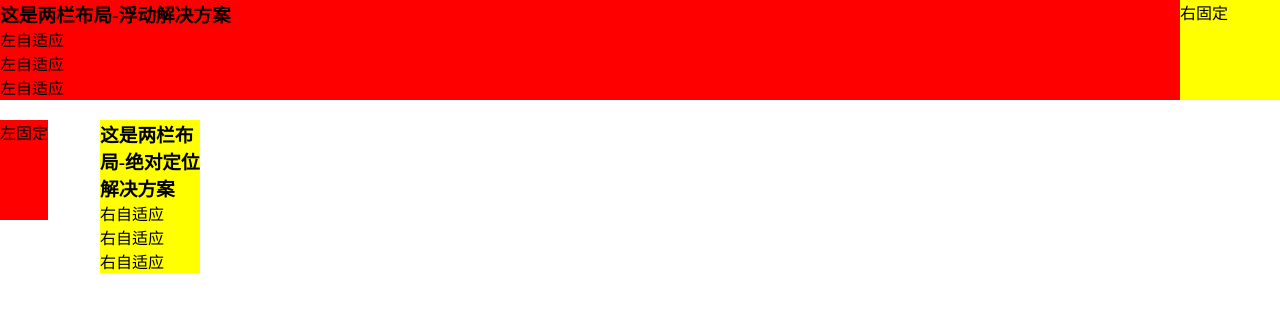
Repository: Qianfane/Blog
Page: 面试相关/测试/2-2、两栏布局-右固定左自适应.html
These files come from the project's save history. The page is drawn as it stood at one moment and after a run of saves; the edit follows.
The browser window is 1280 px wide. The pictures show the whole page.

Above is the page before, as saved 2022-01-03 16:24:36.

After the next 3 saves:
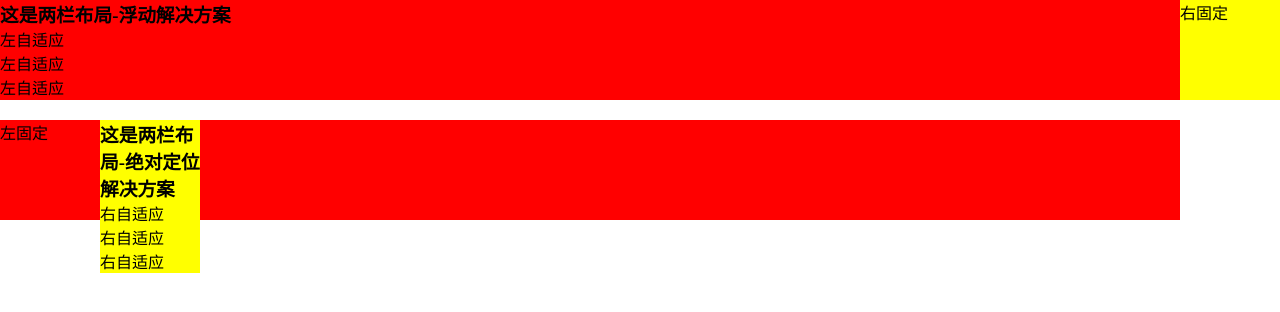
The 3 saves are shown as one change because they came seconds apart.
The last was saved 32 s later.
--- a/面试相关/测试/2-2、两栏布局-右固定左自适应.html
+++ b/面试相关/测试/2-2、两栏布局-右固定左自适应.html
@@ -56,6 +56,7 @@
             .layout.absolute .left {
                 position: absolute;
                 left: 0;
+                right: 100px;
                 /* width: 100px; */
                 background: red;
             }
